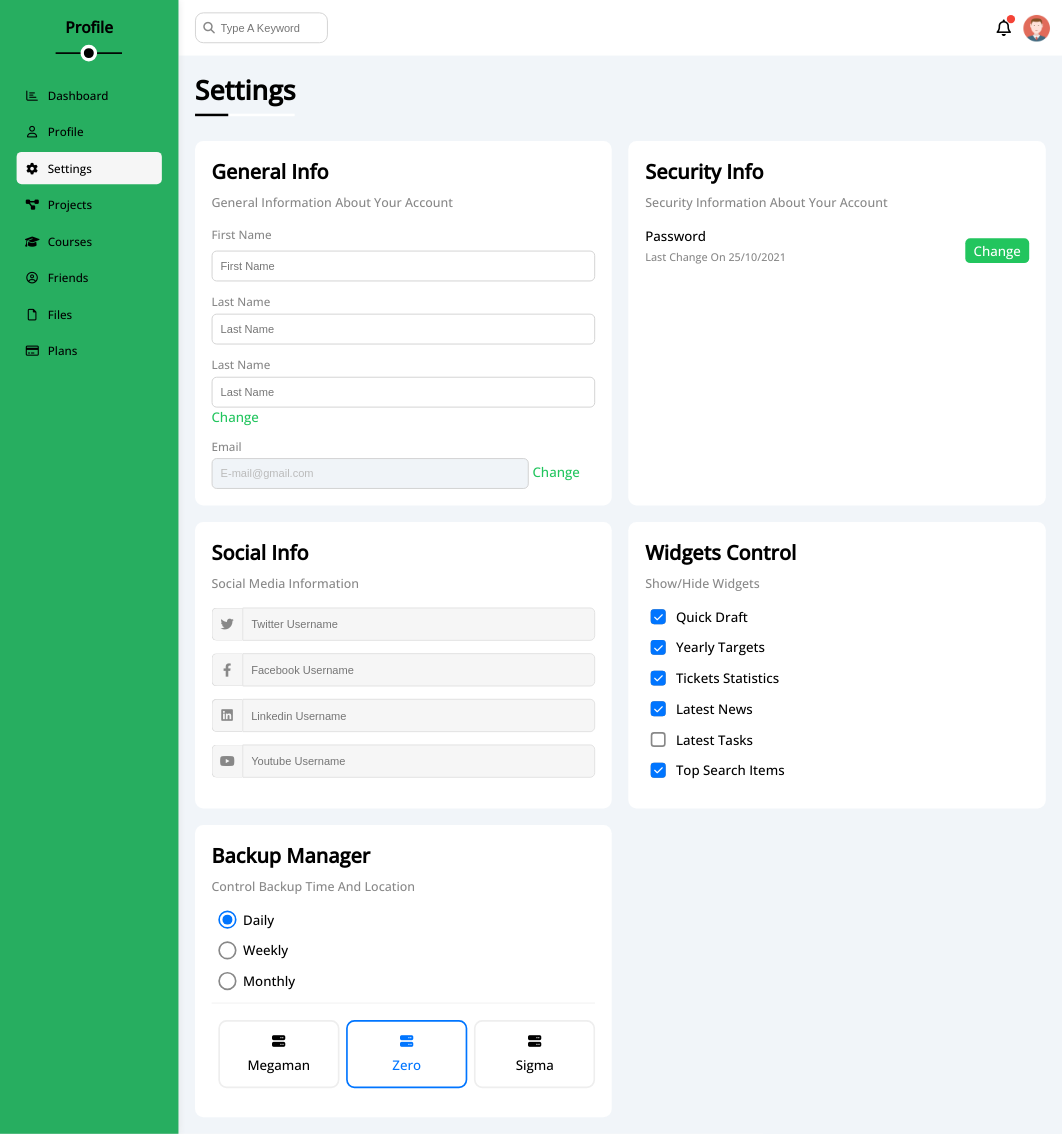
Repository: souhailaniba/Bookly
Page: public/assets/books webstie/settings.html
An editor plug-in stored every save of this project. The page is shown before and after the next save, followed by the edit.
The browser window is 1280 px wide. The pictures show the whole page, at 83% of full size.

Above is the page before, as saved 2023-01-27 14:50:56.

### public/assets/books webstie/settings.html
<!DOCTYPE html>
<html lang="en">
  <head>
    <meta charset="UTF-8" />
    <meta http-equiv="X-UA-Compatible" content="IE=edge" />
    <meta name="viewport" content="width=device-width, initial-scale=1.0" />
    <title>Settings</title>
    <link rel="stylesheet" href="css/all.min.css" />
    <link rel="stylesheet" href="css/framework.css" />
    <link rel="stylesheet" href="css/master.css" />
    <link rel="preconnect" href="https://fonts.googleapis.com" />
    <link rel="preconnect" href="https://fonts.gstatic.com" crossorigin />
    <link href="https://fonts.googleapis.com/css2?family=Open+Sans:wght@300;500&display=swap" rel="stylesheet" />
  </head>
  <body>
    <div class="page d-flex">
      <div class="sidebar bg-white p-20 p-relative"   style="background-color: #27ae60;">
        <h3 class="p-relative txt-c mt-0">Profile</h3>
        <ul>
          <li>
            <a class="d-flex align-center fs-14 c-black rad-6 p-10" href="profil.html">
              <i class="fa-regular fa-chart-bar fa-fw"></i>
              <span>Dashboard</span>
            </a>
          </li>
          <li>
            <a class="d-flex align-center fs-14 c-black rad-6 p-10" href="profile.html">
              <i class="fa-regular fa-user fa-fw"></i>
              <span>Profile</span>
            </a>
          </li>
          <li>
            <a class="active d-flex align-center fs-14 c-black rad-6 p-10" href="settings.html">
              <i class="fa-solid fa-gear fa-fw"></i>
              <span>Settings</span>
            </a>
          </li>
          <li>
            <a class="d-flex align-center fs-14 c-black rad-6 p-10" href="projects.html">
              <i class="fa-solid fa-diagram-project fa-fw"></i>
              <span>Projects</span>
            </a>
          </li>
          <li>
            <a class="d-flex align-center fs-14 c-black rad-6 p-10" href="courses.html">
              <i class="fa-solid fa-graduation-cap fa-fw"></i>
              <span>Courses</span>
            </a>
          </li>
          <li>
            <a class="d-flex align-center fs-14 c-black rad-6 p-10" href="friends.html">
              <i class="fa-regular fa-circle-user fa-fw"></i>
              <span>Friends</span>
            </a>
          </li>
          <li>
            <a class="d-flex align-center fs-14 c-black rad-6 p-10" href="files.html">
              <i class="fa-regular fa-file fa-fw"></i>
              <span>Files</span>
            </a>
          </li>
          <li>
            <a class="d-flex align-center fs-14 c-black rad-6 p-10" href="plans.html">
              <i class="fa-regular fa-credit-card fa-fw"></i>
              <span>Plans</span>
            </a>
          </li>
        </ul>
      </div>
      <div class="content w-full">
        <!-- Start Head -->
        <div class="head bg-white p-15 between-flex">
          <div class="search p-relative">
            <input class="p-10" type="search" placeholder="Type A Keyword" />
          </div>
          <div class="icons d-flex align-center">
            <span class="notification p-relative">
              <i class="fa-regular fa-bell fa-lg"></i>
            </span>
            <img src="imgs/avatar.png" alt="" />
          </div>
        </div>
        <!-- End Head -->
        <h1 class="p-relative">Settings</h1>
        <div class="settings-page m-20 d-grid gap-20">

          <!-- Start Settings Box -->
          <div class="p-20 bg-white rad-10">
            <h2 class="mt-0 mb-10">General Info</h2>
            <p class="mt-0 mb-20 c-grey fs-15">General Information About Your Account</p>
            <div class="mb-15">
              <label class="fs-14 c-grey d-block mb-10" for="first">First Name</label>
              <input
                class="b-none border-ccc p-10 rad-6 d-block w-full"
                type="text"
                id="first"
                placeholder="First Name"
              />
            </div>
            <div class="mb-15">
              <label class="fs-14 c-grey d-block mb-5" for="last">Last Name</label>
              <input
                class="b-none border-ccc p-10 rad-6 d-block w-full"
                id="last"
                type="text"
                placeholder="Last Name"
              />
            </div>
            <div class="mb-15">
              <label class="fs-14 c-grey d-block mb-5" for="last">Last Name</label>
              <input
                class="b-none border-ccc p-10 rad-6 d-block w-full"
                id="last"
                type="text"
                placeholder="Last Name"
              />
              <a class="c-green" href="#">Change</a>
            </div>
            <div>
              <label class="fs-14 c-grey d-block mb-5" for="email">Email</label>
              <input
              class="email b-none border-ccc p-10 rad-6 d-block w-full"
                id="email"
                type="email"
                value="E-mail@gmail.com"
                disabled
              />
              <a class="c-green" href="#">Change</a>
            </div>
          </div>
          <!-- End Settings Box -->
          <!-- Start Settings Box -->
          <div class="p-20 bg-white rad-10">
            <h2 class="mt-0 mb-10">Security Info</h2>
            <p class="mt-0 mb-20 c-grey fs-15">Security Information About Your Account</p>
            <div class="sec-box mb-15 between-flex">
              <div>
                <span>Password</span>
                <p class="c-grey mt-5 mb-0 fs-13">Last Change On 25/10/2021</p>
              </div>
              <a class="button bg-green c-white btn-shape" href="#">Change</a>
            </div>
          </div>
          <!-- End Settings Box -->
          <!-- Start Settings Box -->
          <div class="social-boxes p-20 bg-white rad-10">
            <h2 class="mt-0 mb-10">Social Info</h2>
            <p class="mt-0 mb-20 c-grey fs-15">Social Media Information</p>
            <div class="d-flex align-center mb-15">
              <i class="fa-brands fa-twitter center-flex c-grey"></i>
              <input class="w-full" type="text" placeholder="Twitter Username" />
            </div>
            <div class="d-flex align-center mb-15">
              <i class="fa-brands fa-facebook-f center-flex c-grey"></i>
              <input class="w-full" type="text" placeholder="Facebook Username" />
            </div>
            <div class="d-flex align-center mb-15">
              <i class="fa-brands fa-linkedin center-flex c-grey"></i>
              <input class="w-full" type="text" placeholder="Linkedin Username" />
            </div>
            <div class="d-flex align-center">
              <i class="fa-brands fa-youtube center-flex c-grey"></i>
              <input class="w-full" type="text" placeholder="Youtube Username" />
            </div>
          </div>
          <!-- End Settings Box -->
          <!-- Start Settings Box -->
          <div class="widgets-control p-20 bg-white rad-10">
            <h2 class="mt-0 mb-10">Widgets Control</h2>
            <p class="mt-0 mb-20 c-grey fs-15">Show/Hide Widgets</p>
            <div class="control d-flex align-center mb-15">
              <input type="checkbox" id="one" checked />
              <label for="one">Quick Draft</label>
            </div>
            <div class="control d-flex align-center mb-15">
              <input type="checkbox" id="two" checked />
              <label for="two">Yearly Targets</label>
            </div>
            <div class="control d-flex align-center mb-15">
              <input type="checkbox" id="three" checked />
              <label for="three">Tickets Statistics</label>
            </div>
            <div class="control d-flex align-center mb-15">
              <input type="checkbox" id="four" checked />
              <label for="four">Latest News</label>
            </div>
            <div class="control d-flex align-center mb-15">
              <input type="checkbox" id="five" />
              <label for="five">Latest Tasks</label>
            </div>
            <div class="control d-flex align-center mb-15">
              <input type="checkbox" id="six" checked />
              <label for="six">Top Search Items</label>
            </div>
          </div>
          <!-- End Settings Box -->
          <!-- Start Settings Box -->
          <div class="backup-control p-20 bg-white rad-10">
            <h2 class="mt-0 mb-10">Backup Manager</h2>
            <p class="mt-0 mb-20 c-grey fs-15">Control Backup Time And Location</p>
            <div class="date d-flex align-center mb-15">
              <input type="radio" name="time" id="daily" checked />
              <label for="daily">Daily</label>
            </div>
            <div class="date d-flex align-center mb-15">
              <input type="radio" name="time" id="weekly" />
              <label for="weekly">Weekly</label>
            </div>
            <div class="date d-flex align-center mb-15">
              <input type="radio" name="time" id="monthly" />
              <label for="monthly">Monthly</label>
            </div>
            <div class="servers d-flex align-center txt-c">
              <input type="radio" name="servers" id="server-one" />
              <div class="server mb-15 rad-10 w-full">
                <label class="d-block m-15" for="server-one">
                  <i class="fa-solid fa-server d-block mb-10"></i>
                  Megaman
                </label>
              </div>
              <input type="radio" name="servers" id="server-two" checked />
              <div class="server mb-15 rad-10 w-full">
                <label class="d-block m-15" for="server-two">
                  <i class="fa-solid fa-server d-block mb-10"></i>
                  Zero
                </label>
              </div>
              <input type="radio" name="servers" id="server-three" />
              <div class="server mb-15 rad-10 w-full">
                <label class="d-block m-15" for="server-three">
                  <i class="fa-solid fa-server d-block mb-10"></i>
                  Sigma
                </label>
              </div>
            </div>
          </div>
          <!-- End Settings Box -->
        </div>
      </div>
    </div>
  </body>
</html>

### public/assets/books webstie/css/framework.css
:root {
  --blue-color: #0075ff;
  --blue-alt-color: #0d69d5;
  --orange-color: #f59e0b;
  --green-color: #22c55e;
  --red-color: #f44336;
  --grey-color: #888;
}
/* Start Box */
.d-flex {
  display: flex;
}
.f-wrap {
  flex-wrap: wrap;
}
.align-center {
  align-items: center;
}
.space-between {
  justify-content: space-between;
}
.d-grid {
  display: grid;
}
.gap-20 {
  gap: 20px;
}
.d-block {
  display: block;
}
@media (max-width: 767px) {
  .block-mobile {
    display: block;
  }
  .hide-mobile {
    display: none;
  }
}
/* End Box */
/* Start Padding + Margin */
.p-10 {
  padding: 10px;
}
.p-15 {
  padding: 15px;
}
.p-20 {
  padding: 20px;
}
.pt-10 {
  padding-top: 10px;
}
.pt-15 {
  padding-top: 15px;
}
.pt-20 {
  padding-top: 20px;
}
.pb-10 {
  padding-bottom: 10px;
}
.pb-15 {
  padding-bottom: 15px;
}
.pb-20 {
  padding-bottom: 20px;
}
.pl-15 {
  padding-left: 15px;
}
.m-0 {
  margin: 0;
}
.m-15 {
  margin: 15px;
}
.m-20 {
  margin: 20px;
}
.mt-0 {
  margin-top: 0;
}
.mt-5 {
  margin-top: 5px;
}
.mt-10 {
  margin-top: 10px;
}
.mt-15 {
  margin-top: 15px;
}
.mt-20 {
  margin-top: 20px;
}
.mt-25 {
  margin-top: 25px;
}
.mr-10 {
  margin-right: 10px;
}
.mr-15 {
  margin-right: 15px;
}
.mb-5 {
  margin-bottom: 5px;
}
.mb-10 {
  margin-bottom: 10px;
}
.mb-15 {
  margin-bottom: 15px;
}
.mb-20 {
  margin-bottom: 20px;
}
.mb-25 {
  margin-bottom: 25px;
}
/* End Padding + Margin */
/* Start Color */
.c-black {
  color: black;
}
.c-white {
  color: white;
}
.c-grey {
  color: var(--grey-color);
}
.c-red {
  color: var(--red-color);
}
.c-green {
  color: var(--green-color);
}
.c-blue {
  color: var(--blue-color);
}
.c-orange {
  color: var(--orange-color);
}
.bg-red {
  background-color: var(--red-color);
}
.bg-green {
  background-color: var(--green-color);
}
.bg-blue {
  background-color: var(--blue-color);
}
.bg-orange {
  background-color: var(--orange-color);
}
.bg-white {
  background-color: white;
}
.bg-eee {
  background-color: #eee;
}
/* End Color */
/* Start Position */
.p-relative {
  position: relative;
}
.p-absolute {
  position: absolute;
}
/* End Position */
/* Start Font */
.txt-c {
  text-align: center;
}
.fs-13 {
  font-size: 13px;
}
.fs-14 {
  font-size: 14px;
}
.fs-15 {
  font-size: 15px;
}
.fs-25 {
  font-size: 25px;
}
.fw-bold {
  font-weight: bold;
}
@media (max-width: 767px) {
  .txt-c-mobile {
    text-align: center;
  }
}
/* End Font */
/* Start Border */
.rad-6 {
  border-radius: 6px;
}
.rad-10 {
  border-radius: 10px;
}
.rad-half {
  border-radius: 50%;
}
.b-none {
  border: none;
}
.border-ccc {
  border: 1px solid #ccc;
}
.border-eee {
  border: 1px solid #eee;
}

/* End Border */
/* Start Width + Height */
.w-full {
  width: 100%;
}
.w-100 {
  width: 100px;
}
.w-fit {
  width: fit-content;
}
.h-full {
  height: 100%;
}
.h-100 {
  height: 100px;
}
/* End Width + Height */
/* Start Components */
.center-flex {
  display: flex;
  align-items: center;
  justify-content: center;
}
.between-flex {
  display: flex;
  align-items: center;
  justify-content: space-between;
}
.btn-shape {
  padding: 4px 10px;
  border-radius: 6px;
}
/* End Components */

Loaded but not shown: public/assets/books webstie/css/all.min.css (library); public/assets/books webstie/css/master.css (1171 lines, source omitted)

After the next save:
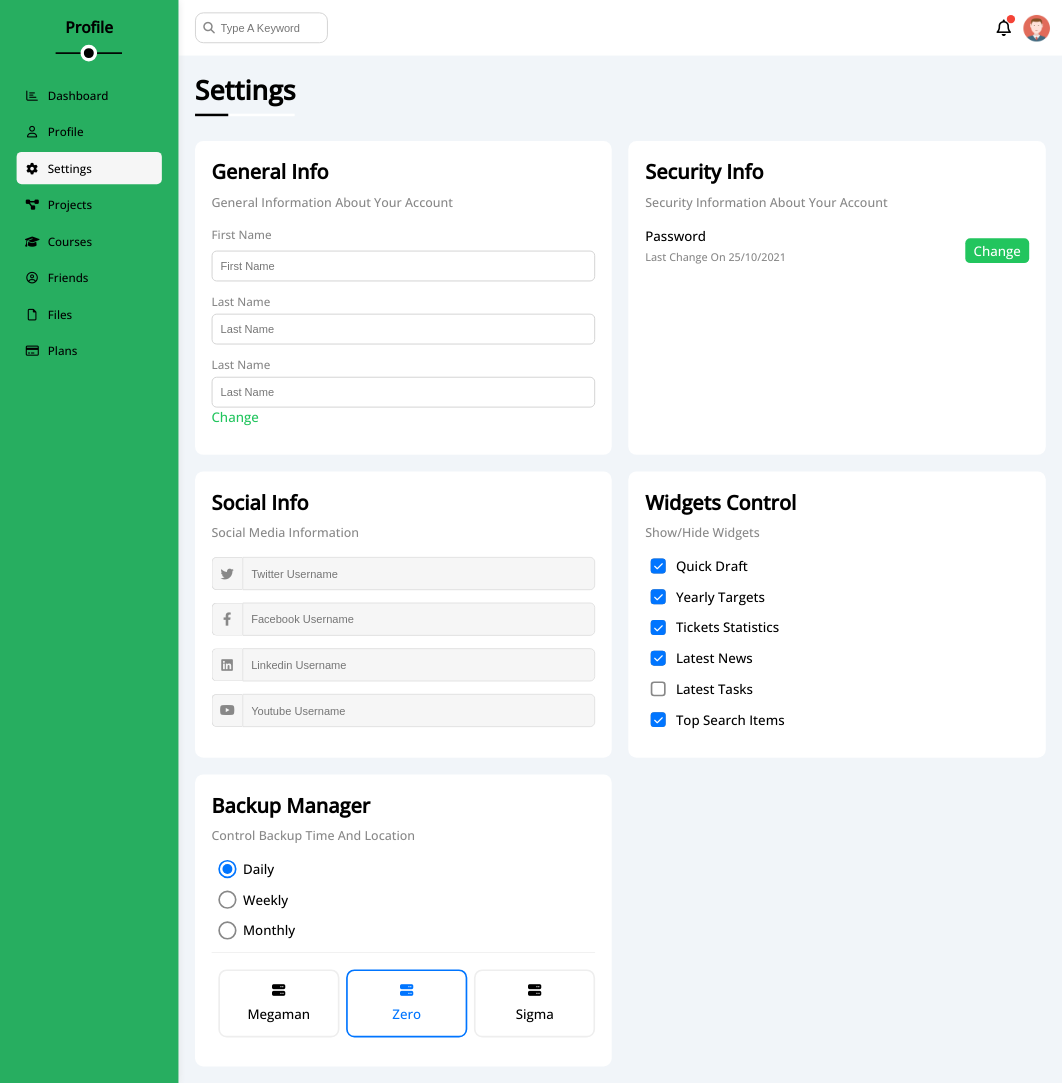
Saved 7 s later.
--- a/public/assets/books webstie/settings.html
+++ b/public/assets/books webstie/settings.html
@@ -116,17 +116,6 @@
               />
               <a class="c-green" href="#">Change</a>
             </div>
-            <div>
-              <label class="fs-14 c-grey d-block mb-5" for="email">Email</label>
-              <input
-              class="email b-none border-ccc p-10 rad-6 d-block w-full"
-                id="email"
-                type="email"
-                value="E-mail@gmail.com"
-                disabled
-              />
-              <a class="c-green" href="#">Change</a>
-            </div>
           </div>
           <!-- End Settings Box -->
           <!-- Start Settings Box -->
